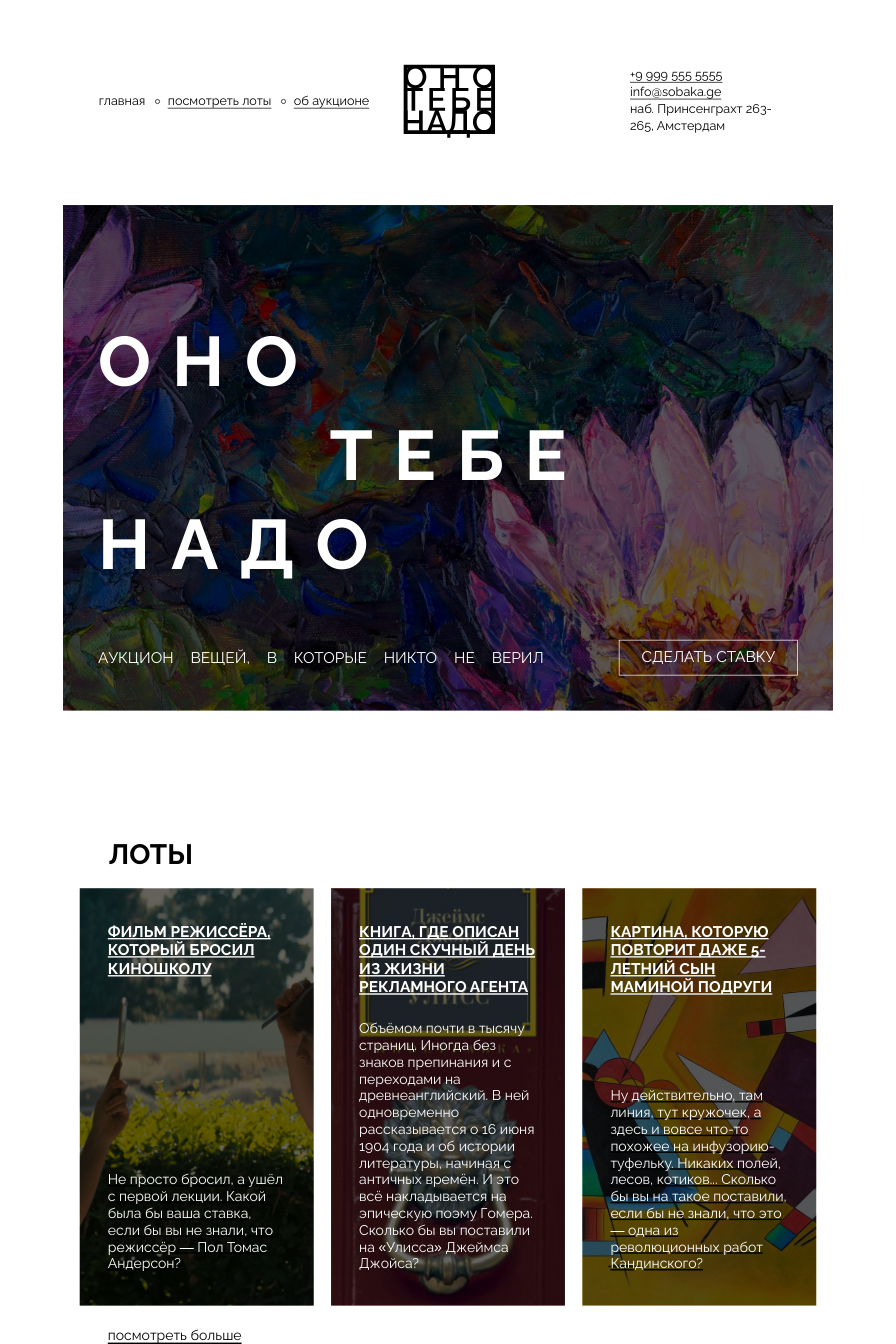
Repository: NikWolf75/ono-tebe-nado-fd
Page: index.html
The author's editor kept a copy of each file at every save. The page is drawn from the files as they stood at one save, then again after a run of saves.
The browser window is 1280 px wide. The pictures show the part of the page from y = 0 to 1920 px (the page is 2992 px tall before and 3027 px after), at 70% of full size.

Above is the page before, as saved 2024-12-18 15:37:13.

### index.html
<!DOCTYPE html>
<html lang="ru">
  <head>
    <meta charset="UTF-8">
    <meta http-equiv="X-UA-Compatible" content="IE=edge">
    <meta name="viewport" content="width=device-width, initial-scale=1.0">
    <link href="./fonts/fonts.css" rel="stylesheet">
    <link href="./styles/global.css" rel="stylesheet">
    <link href="./styles/style.css" rel="stylesheet">
    <title>Оно тебе надо — аукцион вещей, в которые никто не верил</title>
  </head>
  <body>
    <header class="header">
      <nav class="header__menu">
        <ul class="header__links-list">
          <li class="header__links-list-item header__links-list-item_no-bullit">
            <a class="header__link header__link-active" href="main">главная</a>
          </li>
          <li class="header__links-list-item">
            <a class="header__link" href="#lots">посмотреть лоты</a>
          </li>
          <li class="header__links-list-item">
            <a class="header__link" href="#about-lots">об аукционе</a>
          </li>
        </ul>
      </nav>
      <a class="header__logo">
        <img
          class="header__logo-image"
          src="./images/logo-black.svg"
          alt="Лого"
        >
      </a>
      <address class="address header__address">
        <a href="tel:+99995555555">+9 999 555 5555</a>
        <a href="mailto:info@sobaka.ge">info@sobaka.ge</a>
        <p> наб. Принсенграхт 263- 265, Амстердам</p>
      </address>
    </header>
    <main>
      <section class="cover">
        <div class="overlay"></div>
        <h1 class="cover__title">
          <span class="cover__main-text text-left">Оно</span>
          <span class="cover__main-text text-center">Тебе</span>
          <span class="cover__main-text text-right">Надо</span>
        </h1>
        <div class="cover__discription">
          <p class="cover__discription-text">Аукцион вещей, в которые никто не верил</p>
          <a class="bet-button">Сделать ставку</a>
        </div>
      </section>
      <section class="lots">
        <h2 class="lots__heading">Лоты</h2>
          <ul class="lots__card-list">
            <li class="lots__card-list-item">
              <a class="card-link" href="main">
                <article class="card card_type_film">
                  <div class="overlay"></div>
                  <h3 class="card__title">
                    Фильм режиссёра, который бросил киношколу
                  </h3>
                  <p class="card__text">
                    Не просто бросил, а ушёл
                    с первой лекции. Какой
                    была бы ваша ставка, если бы вы не знали, что
                    режиссёр — Пол Томас
                    Андерсон?
                  </p>
                </article>
              </a>
            </li>
            <li class="lots__card-list-item">
              <a class="card__link" href="main">
                <article class="card card_type_book">
                  <div class="overlay"></div>
                  <h3 class="card__title">
                    Книга, где описан
                    один скучный день
                    из жизни
                    рекламного агента
                  </h3>
                  <p class="card__text">
                    Объёмом почти в тысячу
                    страниц. Иногда без
                    знаков препинания и с переходами на
                    древнеанглийский. В ней
                    одновременно
                    рассказывается о 16 июня
                    1904 года и об истории
                    литературы, начиная с
                    античных времён. И это
                    всё накладывается на
                    эпическую поэму Гомера.
                    Сколько бы вы поставили
                    на «Улисса» Джеймса
                    Джойса?
                  </p>
                </article>
              </a>
            </li>
            <li class="lots__card-list-item">
              <a class="card-link" href="main">
                <article class="card card_type_picture">
                  <div class="overlay"></div>
                  <h3 class="card__title">
                    Картина, которую
                    повторит даже 5-
                    летний сын
                    маминой подруги
                  </h3>
                  <p class="card__text">
                    Ну действительно, там
                    линия, тут кружочек, а
                    здесь и вовсе что-то
                    похожее на инфузорию-
                    туфельку. Никаких полей,
                    лесов, котиков... Сколько
                    бы вы на такое поставили,
                    если бы не знали, что это
                    — одна из
                    революционных работ
                    Кандинского?
                  </p>
                </article>
              </a>
            </li>
          </ul>
          <a class="lots__look-more-link" href="#main">посмотреть больше</a>
      </section>
      <section class="about" id="#about">
        <div class="about-lots__column">
          <div class="about__logo">
            <img
              class="about-lots__logo-image"
              src="./images/logo-white.svg"
              alt="Лого"
            >
          </div>
        </div>
        <div class="about-lots__column">
          <h2 class="about__title">Об аукционе</h2>
          <div class="about__text">
            <p>
              Здесь вы не встретите очередное пафосное собрание невероятно
              дорогого антиквариата. Наши лоты вообще не должны были попасть
              ни на один аукцион. Потому что кому нужен дневник девочки-
              подростка или картина, которую может нарисовать даже ребёнок?
              Кому нужны все эти странные вещи, созданные любителями?
            </p>
            <p>
              Слишком сложные или, наоборот, слишком простые. Опережающие
              своё время. В пух и прах растерзанные критиками. Непринятые
              и непонятые. Когда-то они казались просто неудачными. Но, несмотря
              <br>на критику, кажущуюся простоту или сложность, сейчас без этих
              лотов невозможно представить современную культуру. Когда в эти вещи не
              верил никто, продолжали верить их создатели. И сейчас эти лоты
              стали культовыми.
            </p>
          </div>
        </div>
      </section>
    </main>
    <footer class="footer">
      <address class="address">
        <a href="tel:+99995555555">+9 999 555 5555</a>
        <a href="mailto:info@sobaka.ge">info@sobaka.ge</a>
        <p> наб. Принсенграхт 263-265, Амстердам</p>
      </address>
      <nav class="footer__menu">
        <ul class="footer__menu-list">
          <li class="footer__menu-list-item">
            <a class="footer__menu-link footer__menu-link-active" href="#main">главная</a>
          </li>
          <li class="footer__menu-list-item">
            <a class="footer__menu-link" href="#lots">посмотреть лоты</a>
          </li>
          <li class="footer__menu-list-item">
            <a class="footer__menu-link" href="#about-lots">об аукционе</a>
          </li>
        </ul>
      </nav>
      <nav class="footer__social">
        <ul class="footer__social-list">
          <li class="footer__social-list-item">
            <a class="footer__social-link" href="#main">
              <img
                class="footer__social-icon"
                src="./images/yt.svg"
                alt="youtube"
              >
            </a>
          </li>
          <li class="footer__menu-list-item">
            <a class="footer__social-link" href="#main">
              <img
                class="footer__social-icon"
                src="./images/vk.svg"
                alt="vk"
              >
            </a>
          </li>
          <li class="footer__menu-list-item">
            <a class="footer__social-link" href="#main">
              <img
                class="footer__social-icon"
                src="./images/pinterest.svg"
                alt="pinterest"
              >
            </a>
          </li>
        </ul>
      </nav>
    </footer>
  </body>
</html>

### styles/global.css
*,
*::before,
*::after {
  box-sizing: border-box;
}

body {
  width: 1100px;
  margin: 0 auto;
  font-family: Raleway, sans-serif;
}

h1,
h2,
h3,
h4,
h5,
h6,
p,
ul,
ol,
li,
blockquote {
  margin: 0;
  padding: 0;
}

a {
  color: inherit;
}

img {
  width: 100%;
}

### styles/style.css
.header {
  display: grid;
  grid-template-columns: 1fr min-content 1fr;
  align-items: center;
  padding: 91px 50px 97px 51px;
  font-style: normal;
  font-size: 18px;
  font-weight: 400;
}

.header__links-list {
  display: flex;
  gap: 32px;
  list-style: circle;
}

.header__links-list-item_no-bullit {
  list-style: none;
}

.header__link {
  text-underline-position: under;
}

.header__link-active {
  text-decoration: none;
}

.header__logo {
  width: 148px;
  height: 105px;
  padding: 1px 6px 0 6px;
}

address {
  max-width: 240px;
  font-style: normal;
  line-height: 135%;
  text-underline-position: under;
}

.header__address {
  justify-self: end;
}

.cover {
  background-image: url(../images/cover.jpg);
  background-size: cover;
  background-repeat: no-repeat;
  background-position: center top;
  padding: 165px 0 50px 50px;
  display: flex;
  flex-direction: column;
  gap: 79px;
  position: relative;
}

.overlay {
  position: absolute;
  z-index: 1;
  top: 0;
  left: 0;
  width: 100%;
  height: 100%;
  background-color: rgb(0, 0, 0, 0.6);
}

.cover__title {
  position: relative;
  z-index: 2;
  font-weight: 700;
  font-size: 100px;
  letter-spacing: 0.3em;
  text-transform: uppercase;
  color: #fff;
}

.cover__main-text {
  display: block;
  line-height: 115%;
}

.text-left {
  text-align: start;
}

.text-center {
  text-align: center;
  padding: 20px 20px 12px 0;
}

.text-right {
  display: flex;
  text-align: end;
}

.cover__discription {
  z-index: 2;
  display: flex;
  align-items: center;
  justify-content: start;
  line-height: 140%;
  gap: 107px;
}

.cover__discription-text {
  font-size: 22px;
  color: #fff;
  word-spacing: 18.5px;
  line-height: 127%;
  white-space: nowrap;
  text-transform: uppercase;
}

.bet-button {
  width: 256px;
  height: 51px;
  font-weight: 500;
  text-align: center;
  padding: 11px 0 0 0;
  font-size: 22px;
  color: #fff;
  border: 1px solid #fff;
  text-transform: uppercase;
  background-color: transparent;
}

.lots {
  display: flex;
  flex-direction: column;
  padding: 181px 24px 150px 24px;
}

.lots__heading {
  font-weight: 700;
  font-size: 40px;
  text-transform: uppercase;
  margin: 0 0 26px 41px;
}

.lots__card-list {
  display: flex;
  justify-content: center;
  list-style: none;
  gap: 25px;
}

.lots__card-list-item {
  width: 334px;
  min-height: 596px;
  flex-grow: 1;
}

.card__link {
  display: block;
  text-decoration: none;
  height: 100%;
}

.card {
  position: relative;
  background-size: cover;
  background-repeat: no-repeat;
  background-position: center;
  display: flex;
  flex-direction: column;
  justify-content: space-between;
  padding: 48px 40px;
  height: 100%;
}

.card_type_film {
  background-image: url(../images/card-lot-01.jpg);
}

.card_type_book {
  background-image: url(../images/card-lot-02.jpg);
}

.card_type_picture {
  background-image: url(../images/card-lot-03.jpg);
}

.card__title {
  font-weight: 700;
  font-size: 22px;
  line-height: 120%;
  z-index: 2;
  text-transform: uppercase;
  text-decoration: underline;
  text-decoration-skip-ink: none;
  color: #fff;
}

.card__text {
  font-size: 20px;
  line-height: 120%;
  z-index: 2;
  color: #fff;
}

.lots__look-more-link {
  text-underline-position: under;
  font-weight: 400;
  font-size: 20px;
  color: #000;
  padding: 30px 0 4px 40px;
}

.about {
  display: grid;
  grid-template-columns: 330px auto;
  justify-items: center;
  padding: 0 27px 100px 24px;
  gap: 29px;
}

.about__logo {
  display: flex;
  justify-content: center;
  align-items: center;
  width: 240px;
  height: 240px;
  border-radius: 100%;
  background-color: #000;
}

.about-lots__logo-image {
  width: 148px;
  height: 114px;
}

.about__title {
  margin: 100px 0;
  font-size: 40px;
  font-weight: 700;
  font-style: normal;
  text-transform: uppercase;
}

.about__text {
  display: flex;
  flex-direction: column;
  gap: 25px;
  font-size: 20px;
  line-height: 120%;
}

.footer {
  padding: 81px 50px 0;
  display: grid;
  grid-template-columns: 1fr auto 1fr;
  font-size: 18px;
}

.address {
  font-style: normal;
  font-weight: 400;
  line-height: 135%;
  text-underline-position: under;
}

.footer__menu-list {
  display: flex;
  flex-direction: column;
  align-items: center;
  list-style: none;
  padding-bottom: 115px;
}

.footer__menu-link {
  text-underline-position: under;
}

.footer__menu-link_active {
  text-decoration: none;
}

.footer__social {
  justify-self: end;
}

.footer__social-list {
  display: flex;
  justify-content: space-between;
  gap: 48px;
  list-style: none;
}

.footer__social-list-item {
  height: 100%;
}

.footer__social-link {
  text-decoration: none;
}

.footer__social-icon {
  height: 48px;
}

Loaded but not shown: fonts/fonts.css (common file)

After the next 2 saves:
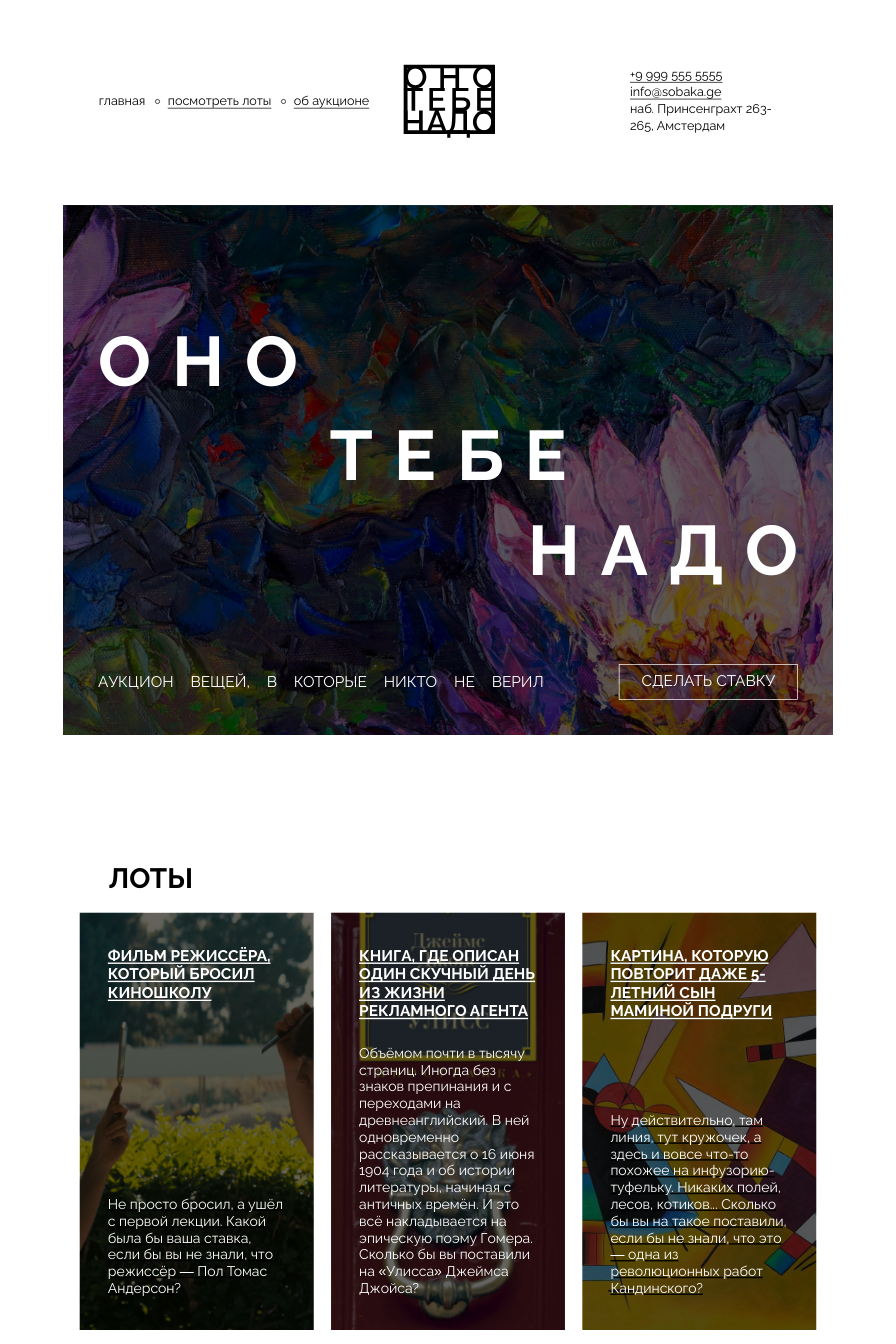
The 2 saves are shown as one change because they came seconds apart.
The last was saved 7 s later.
--- a/styles/style.css
+++ b/styles/style.css
@@ -90,8 +90,8 @@
 }
 
 .text-right {
-  display: flex;
-  text-align: end;
+  text-align: right;
+  padding: 8px 20px 27px 0;
 }
 
 .cover__discription {

After the 2 saves that followed:
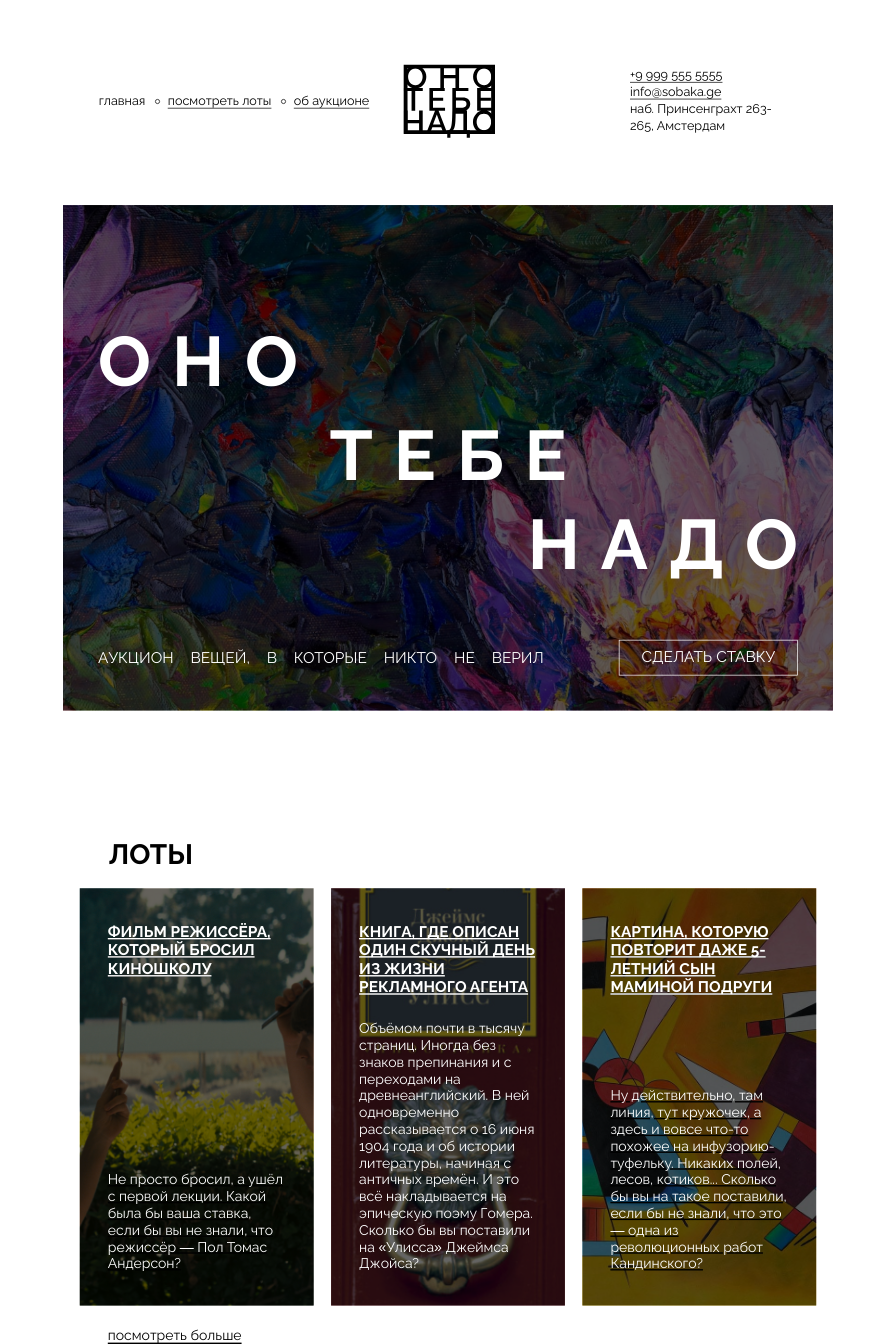
The 2 saves are shown as one change because they came seconds apart.
The last was saved 28 s later.
--- a/styles/style.css
+++ b/styles/style.css
@@ -91,7 +91,7 @@
 
 .text-right {
   text-align: right;
-  padding: 8px 20px 27px 0;
+  padding: 0px 20px 0px 0;
 }
 
 .cover__discription {
